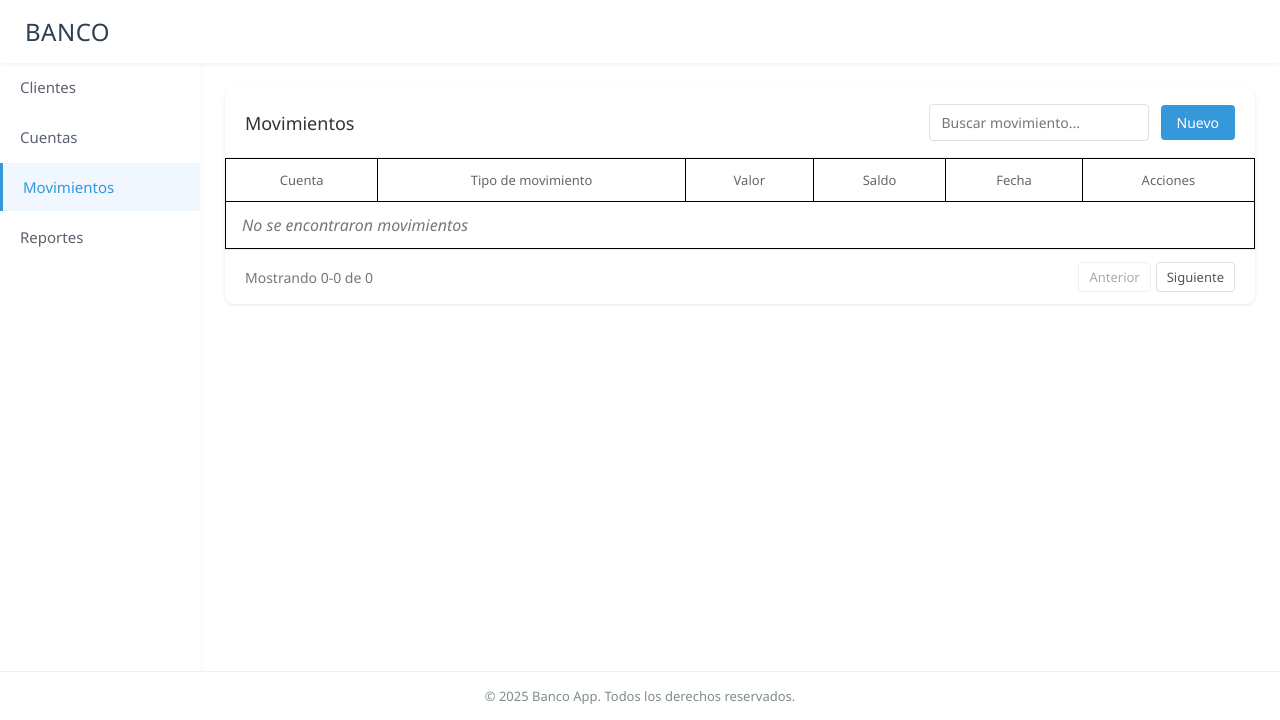
Repository: nder1996/Bank-Devsu
Page: /movimientos (app in Frontend/banco-devsu/)
The author's editor kept a copy of each file at every save. The page is drawn from the files as they stood at one save, then again after the next save.
The browser window is 1280 px wide. The pictures show the whole page.
The page's requests for data from a server got no answer. The project was rebuilt for these pictures with package versions that can differ from the ones it lists, and the page was loaded fresh each time. No one was signed in, and anything a server would have sent is missing. Also part of the build but not shown: Frontend/banco-devsu/angular.json, Frontend/banco-devsu/src/app/presentation/pages/clientes/clientes.component.ts, Frontend/banco-devsu/src/app/core/services/cliente.service.ts, Frontend/banco-devsu/src/app/presentation/pages/cuentas/cuentas.component.ts, Frontend/banco-devsu/src/app/core/services/cuenta.service.ts, Frontend/banco-devsu/src/app/presentation/pages/reportes/reportes.component.ts.

Above is the page before, as saved 2025-08-22 14:04:07.

### Frontend/banco-devsu/src/index.html
<!doctype html>
<html lang="en">
<head>
  <meta charset="utf-8">
  <title>BancoDevsu</title>
  <base href="/">
  <meta name="viewport" content="width=device-width, initial-scale=1">
  <link rel="icon" type="image/x-icon" href="favicon.ico">
</head>
<body>
  <app-root></app-root>
</body>
</html>

### Frontend/banco-devsu/src/styles.css
/* You can add global styles to this file, and also import other style files */
* {
  box-sizing: border-box;
  font-family: 'Segoe UI', Roboto, 'Helvetica Neue', Arial, sans-serif;
  margin: 0;
  padding: 0;
}

html, body {
  height: 100%;
  overflow: hidden; /* Evita el scroll en el body */
}

.app-container {
  display: flex;
  flex-direction: column;
  height: 100vh;
  overflow: hidden;
}

.main-content {
  display: flex;
  flex: 1;
  height: calc(100vh - 115px); /* Altura total - (header + footer) */
  overflow: hidden;
}

.content {
  flex: 1;
  overflow-y: auto; /* Solo scroll en el área de contenido */
  padding: 25px;
}


.data-table{
  border:1px solid red !important
}


.data-table th{
text-align: center !important;
}

.data-table th, .data-table td {
  border: 1px solid black !important;
  text-align: center; /* Centra el texto horizontalmente */
  vertical-align: middle; /* Centra el texto verticalmente */
  padding: 10px; /* Espaciado interno para mejor apariencia */
  line-height: normal; /* Asegura que el texto se alinee correctamente */
}

### Frontend/banco-devsu/src/app/app.module.ts
import { NgModule } from '@angular/core';
import { BrowserModule } from '@angular/platform-browser';

import { AppRoutingModule } from './app-routing.module';
import { AppComponent } from './app.component';
import { HeaderComponent } from './presentation/layout/header/header.component';
import { SidebarComponent } from './presentation/layout/sidebar/sidebar.component';
import { ClientesComponent } from './presentation/pages/clientes/clientes.component';
import { CuentasComponent } from './presentation/pages/cuentas/cuentas.component';
import { MovimientosComponent } from './presentation/pages/movimientos/movimientos.component';
import { ReportesComponent } from './presentation/pages/reportes/reportes.component';
import { FooterComponent } from './presentation/layout/footer/footer.component';
import { FormsModule } from '@angular/forms';
import { HttpClientModule } from '@angular/common/http';

@NgModule({
  declarations: [
    AppComponent,
    HeaderComponent,
    SidebarComponent,
    ClientesComponent,
    CuentasComponent,
    MovimientosComponent,
    ReportesComponent,
    FooterComponent
  ],
  imports: [
    BrowserModule,
    AppRoutingModule,
    FormsModule,
    HttpClientModule

  ],
  providers: [],
  bootstrap: [AppComponent]
})
export class AppModule { }

### Frontend/banco-devsu/src/app/app-routing.module.ts
import { NgModule } from '@angular/core';
import { RouterModule, Routes } from '@angular/router';
import { ClientesComponent } from './presentation/pages/clientes/clientes.component';
import { CuentasComponent } from './presentation/pages/cuentas/cuentas.component';
import { MovimientosComponent } from './presentation/pages/movimientos/movimientos.component';
import { ReportesComponent } from './presentation/pages/reportes/reportes.component';

const routes: Routes = [
  { path: '', redirectTo: '/clientes', pathMatch: 'full' },
  { path: 'clientes', component: ClientesComponent },
  //{ path: 'clientes/nuevo', component: ClienteFormComponent },
  //{ path: 'clientes/editar/:id', component: ClienteFormComponent },
  { path: 'cuentas', component: CuentasComponent },
  //{ path: 'cuentas/nuevo', component: CuentaFormComponent },
  //{ path: 'cuentas/editar/:id', component: CuentaFormComponent },
  { path: 'movimientos', component: MovimientosComponent },
  //{ path: 'movimientos/nuevo', component: MovimientoFormComponent },
  { path: 'reportes', component: ReportesComponent }
];

@NgModule({
  imports: [RouterModule.forRoot(routes)],
  exports: [RouterModule]
})
export class AppRoutingModule { }

### Frontend/banco-devsu/src/app/app.component.ts
import { Component } from '@angular/core';

@Component({
  selector: 'app-root',
  templateUrl: './app.component.html',
  styleUrls: ['./app.component.css']
})
export class AppComponent {
  title = 'banco-devsu';
}

### Frontend/banco-devsu/src/app/presentation/pages/movimientos/movimientos.component.ts
import { Component, OnInit } from '@angular/core';
import { MovimientoService } from 'src/app/core/services/movimiento.service';
import { Movimiento } from 'src/app/core/models/Movimiento';
import { TipoMovimiento } from '../../../core/enums/tipo-movimiento.enum';
import { MovimientoDTO } from 'src/app/core/dtos/movimiento.dto';

@Component({
  selector: 'app-movimientos',
  templateUrl: './movimientos.component.html',
  styleUrls: ['./movimientos.component.css']
})
export class MovimientosComponent implements OnInit {
  // Datos quemados
  items = [
    { fecha: '10/08/2025', cuenta: '478758', tipo: 'Crédito', valor: 2000, saldo: 4500 },
    { fecha: '08/08/2025', cuenta: '225487', tipo: 'Débito', valor: -575, saldo: 2500 },
    { fecha: '05/08/2025', cuenta: '495878', tipo: 'Crédito', valor: 600, saldo: 700 },
    { fecha: '01/08/2025', cuenta: '496825', tipo: 'Débito', valor: -150, saldo: 0 },
    { fecha: '30/07/2025', cuenta: '478758', tipo: 'Crédito', valor: 1500, saldo: 3000 },
    { fecha: '28/07/2025', cuenta: '225487', tipo: 'Débito', valor: -800, saldo: 3075 },
    { fecha: '26/07/2025', cuenta: '495878', tipo: 'Crédito', valor: 100, saldo: 100 },
    { fecha: '20/07/2025', cuenta: '496825', tipo: 'Débito', valor: -250, saldo: 150 },
    { fecha: '15/07/2025', cuenta: '478758', tipo: 'Crédito', valor: 1000, saldo: 1500 },
    { fecha: '10/07/2025', cuenta: '225487', tipo: 'Débito', valor: -125, saldo: 3875 },
    { fecha: '05/07/2025', cuenta: '495878', tipo: 'Crédito', valor: 900, saldo: 1000 },
    { fecha: '01/07/2025', cuenta: '496825', tipo: 'Débito', valor: -300, saldo: 400 }
  ];

  movimientos: MovimientoDTO[] = [];

  // Variables de búsqueda y filtrado
  searchTerm: string = '';
  filteredItems: any[] = [];

  // Variables de paginación
  paginatedItems: any[] = [];
  currentPage = 1;
  pageSize = 5;
  totalPages = 0;
  pages: number[] = [];
  startIndex = 0;
  endIndex = 0;

  constructor(private movimientoService: MovimientoService) { }

  ngOnInit() {
    this.cargarMovimientos();
  }

  cargarMovimientos(): void {
    this.movimientoService.getMovimientos().subscribe(
      (response: any) => {
        if (response.success) {
          this.movimientos = response.data; // Asigna directamente los datos sin mapear
          console.log("json movimientos :", JSON.stringify(this.movimientos));
          this.filteredItems = [...this.movimientos];
          this.updatePagination();
          this.updatePage();
        } else {
          console.error('Errores en la respuesta:', response.errors);
        }
      },
      (error) => {
        console.error('Error al cargar movimientos:', error);
      }
    );
  }

  // Filtrar elementos según término de búsqueda
  filterItems() {
    if (!this.searchTerm.trim()) {
      this.filteredItems = [...this.items];
    } else {
      const term = this.searchTerm.toLowerCase();
      this.filteredItems = this.items.filter(item =>
        item.cuenta.toLowerCase().includes(term) ||
        item.tipo.toLowerCase().includes(term) ||
        item.fecha.includes(term) ||
        item.valor.toString().includes(term) ||
        item.saldo.toString().includes(term)
      );
    }

    this.currentPage = 1; // Volver a primera página
    this.updatePagination();
    this.updatePage();
  }

  // Actualizar información de paginación
  updatePagination() {
    this.totalPages = Math.ceil(this.filteredItems.length / this.pageSize);
    this.generatePages();
  }

  // Generar array de números de página
  generatePages() {
    this.pages = [];
    for (let i = 1; i <= this.totalPages; i++) {
      this.pages.push(i);
    }
  }

  // Cambiar a la página seleccionada
  changePage(page: number) {
    if (page >= 1 && page <= this.totalPages) {
      this.currentPage = page;
      this.updatePage();
    }
  }

  // Actualizar elementos mostrados
  updatePage() {
    this.startIndex = (this.currentPage - 1) * this.pageSize;
    this.endIndex = Math.min(this.startIndex + this.pageSize, this.filteredItems.length);
    this.paginatedItems = this.filteredItems.slice(this.startIndex, this.endIndex);
  }
}

### Frontend/banco-devsu/src/app/app.component.html
<div class="app-container">
  <app-header></app-header>
  <div class="main-content">
    <app-sidebar></app-sidebar>
    <main class="content">
      <router-outlet></router-outlet>
    </main>
  </div>
  <app-footer></app-footer>
</div>

### Frontend/banco-devsu/src/app/presentation/layout/header/header.component.html
<header class="header">
  <h1 class="header-title">BANCO</h1>
</header>

### Frontend/banco-devsu/src/app/presentation/layout/header/header.component.css
.header {
  background-color: white;
  box-shadow: 0 2px 4px rgba(0, 0, 0, 0.05);
  padding: 15px 25px;
  position: sticky;
  top: 0;
  z-index: 100;
}

.header-title {
  color: #2c3e50;
  font-size: 24px;
  font-weight: 500;
  letter-spacing: 0.5px;
  margin: 0;
}

### Frontend/banco-devsu/src/app/presentation/layout/sidebar/sidebar.component.html
<nav class="sidebar">
  <ul class="sidebar-menu">
    <li class="sidebar-item" [routerLinkActive]="'active'">
      <a [routerLink]="['/clientes']">Clientes</a>
    </li>
    <li class="sidebar-item" [routerLinkActive]="'active'">
      <a [routerLink]="['/cuentas']">Cuentas</a>
    </li>
    <li class="sidebar-item" [routerLinkActive]="'active'">
      <a [routerLink]="['/movimientos']">Movimientos</a>
    </li>
    <li class="sidebar-item" [routerLinkActive]="'active'">
      <a [routerLink]="['/reportes']">Reportes</a>
    </li>
  </ul>
</nav>

### Frontend/banco-devsu/src/app/presentation/layout/sidebar/sidebar.component.css
.sidebar {
  background-color: white;
  box-shadow: 2px 0 5px rgba(0, 0, 0, 0.03);
  height: calc(100vh - 60px);
  width: 200px;
}

.sidebar-menu {
  list-style: none;
  margin: 0;
  padding: 0;
}

.sidebar-item {
  margin-bottom: 2px;
}

.sidebar-item a {
  color: #5a6270;
  display: block;
  font-size: 15px;
  padding: 14px 20px;
  text-decoration: none;
  transition: all 0.2s ease;
}

.sidebar-item a:hover {
  background-color: #f8f9fa;
  color: #3498db;
  padding-left: 24px;
}

.sidebar-item.active a {
  background-color: #f0f7ff;
  border-left: 3px solid #3498db;
  color: #3498db;
  font-weight: 500;
}

### Frontend/banco-devsu/src/app/presentation/pages/movimientos/movimientos.component.html
<div class="table-section">
  <!-- Cabecera con filtro -->
  <div class="table-header">
    <h2>Movimientos</h2>
    <div class="table-actions">
      <input
        type="text"
        class="search-input"
        placeholder="Buscar movimiento..."
        [(ngModel)]="searchTerm"
        (input)="filterItems()">
      <button class="btn-add">Nuevo</button>
    </div>
  </div>

  <!-- Tabla -->
  <table class="data-table">
    <thead>
      <tr>
        <th>Cuenta</th>
         <th>Tipo de movimiento</th>
        <th>Valor</th>
        <th>Saldo</th>
        <th>Fecha</th>
        <th>Acciones</th>
      </tr>
    </thead>
    <tbody>
      <tr *ngFor="let item of paginatedItems">
        <td>{{item.cuentaId}}</td>
        <td [ngClass]="item.tipoMovimiento == 1 ? 'tipo-credito' : 'tipo-debito'">
          {{item.tipoMovimiento == 1 ? 'Crédito' : 'Débito'}}
        </td>
        <td [ngClass]="item.valor > 0 ? 'valor-positivo' : 'valor-negativo'">
          {{item.valor | currency}}
        </td>
        <td>{{item.saldo | currency}}</td>
        <td>{{item.fecha}}</td>
        <td class="actions">
          <button class="btn-edit">Editar</button>
          <button class="btn-delete">Eliminar</button>
        </td>
      </tr>
      <tr *ngIf="paginatedItems.length === 0">
        <td colspan="6" class="no-data">No se encontraron movimientos</td>
      </tr>
    </tbody>
  </table>

  <!-- Paginación simple -->
  <div class="pagination">
    <span class="page-info">
      Mostrando {{filteredItems.length ? startIndex + 1 : 0}}-{{endIndex}} de {{filteredItems.length}}
    </span>
    <div class="page-controls">
      <button class="page-btn" [disabled]="currentPage === 1" (click)="changePage(currentPage - 1)">
        Anterior
      </button>

      <button
        *ngFor="let page of pages"
        class="page-btn"
        [class.active]="page === currentPage"
        (click)="changePage(page)">
        {{page}}
      </button>

      <button class="page-btn" [disabled]="currentPage === totalPages" (click)="changePage(currentPage + 1)">
        Siguiente
      </button>
    </div>
  </div>
</div>

### Frontend/banco-devsu/src/app/presentation/pages/movimientos/movimientos.component.css
/* Contenedor principal */
.table-section {
  background-color: white;
  border-radius: 8px;
  box-shadow: 0 1px 3px rgba(0, 0, 0, 0.1);
  font-family: -apple-system, BlinkMacSystemFont, 'Segoe UI', Roboto, sans-serif;
}

/* Cabecera */
.table-header {
  display: flex;
  justify-content: space-between;
  align-items: center;
  padding: 16px 20px;
  border-bottom: 1px solid #f0f0f0;
}

.table-header h2 {
  color: #333;
  font-size: 18px;
  font-weight: 500;
  margin: 0;
}

.table-actions {
  display: flex;
  gap: 12px;
  align-items: center;
}

.search-input {
  border: 1px solid #e0e0e0;
  border-radius: 4px;
  color: #333;
  font-size: 14px;
  padding: 8px 12px;
  width: 220px;
  transition: border-color 0.2s;
}

.search-input:focus {
  border-color: #3498db;
  outline: none;
}

.btn-add {
  background-color: #3498db;
  border: none;
  border-radius: 4px;
  color: white;
  cursor: pointer;
  font-size: 14px;
  padding: 8px 16px;
}

.btn-add:hover {
  background-color: #2980b9;
}

/* Tabla */
.data-table {
  width: 100%;
  border-collapse: collapse;
}

.data-table th,
.data-table td {
  border-bottom: 1px solid #f0f0f0;
  padding: 12px 16px;
  text-align: left;
}

.data-table th {
  color: #666;
  font-size: 13px;
  font-weight: 500;
}

.tipo-credito { color: #27ae60; }
.tipo-debito { color: #e74c3c; }
.valor-positivo { color: #27ae60; font-weight: 500; }
.valor-negativo { color: #e74c3c; font-weight: 500; }

.no-data {
  color: #777;
  font-style: italic;
  padding: 20px;
  text-align: center;
}

.actions {
  display: flex;
  gap: 8px;
}

.btn-edit, .btn-delete {
  background-color: transparent;
  border: 1px solid #e0e0e0;
  border-radius: 4px;
  color: #555;
  cursor: pointer;
  font-size: 13px;
  padding: 5px 10px;
}

.btn-edit:hover { background-color: #f0f7ff; color: #3498db; }
.btn-delete:hover { background-color: #fff5f5; color: #e74c3c; }

/* Paginación */
.pagination {
  display: flex;
  justify-content: space-between;
  align-items: center;
  padding: 12px 20px;
  border-top: 1px solid #f0f0f0;
}

.page-info {
  color: #777;
  font-size: 14px;
}

.page-controls {
  display: flex;
  gap: 5px;
}

.page-btn {
  background-color: transparent;
  border: 1px solid #e0e0e0;
  border-radius: 4px;
  color: #555;
  cursor: pointer;
  font-size: 13px;
  padding: 5px 10px;
}

.page-btn:hover:not(:disabled) {
  background-color: #f8f8f8;
}

.page-btn.active {
  background-color: #3498db;
  border-color: #3498db;
  color: white;
}

.page-btn:disabled {
  opacity: 0.5;
  cursor: not-allowed;
}

### Frontend/banco-devsu/src/app/core/services/movimiento.service.ts
import { Injectable } from '@angular/core';
import { HttpClient } from '@angular/common/http';
import { Observable } from 'rxjs';
import { environment } from 'src/environments/environment';
import { Movimiento } from '../models/Movimiento';
import { MovimientoDTO } from '../dtos/movimiento.dto';
import { IMovimientoService } from './interfaces/movimiento-service.interface';

@Injectable({
  providedIn: 'root',
})
export class MovimientoService implements IMovimientoService {
  private apiUrl = `${environment.apiUrl}/Movimientos`;

  constructor(private http: HttpClient) {}

  // Obtener todos los movimientos
  getMovimientos(): Observable<MovimientoDTO[]> {
    return this.http.get<MovimientoDTO[]>(this.apiUrl);
  }

  // Obtener un movimiento por ID
  getMovimientoById(id: number): Observable<Movimiento> {
    return this.http.get<Movimiento>(`${this.apiUrl}/${id}`);
  }

  // Crear un nuevo movimiento
  createMovimiento(movimientoDto: MovimientoDTO): Observable<Movimiento> {
    return this.http.post<Movimiento>(this.apiUrl, movimientoDto);
  }

  // Actualizar un movimiento existente
  updateMovimiento(id: number, movimientoDto: MovimientoDTO): Observable<Movimiento> {
    return this.http.put<Movimiento>(`${this.apiUrl}/${id}`, movimientoDto);
  }

  // Eliminar un movimiento
  deleteMovimiento(id: number): Observable<void> {
    return this.http.delete<void>(`${this.apiUrl}/${id}`);
  }
}

### Frontend/banco-devsu/src/app/presentation/layout/footer/footer.component.html
<footer class="footer">
  <div class="footer-content">
    <p>&copy; 2025 Banco App. Todos los derechos reservados.</p>
  </div>
</footer>

### Frontend/banco-devsu/src/app/presentation/layout/footer/footer.component.css
.footer {
  background-color: white;
  border-top: 1px solid #f0f0f0;
  color: #7f8c8d;
  font-size: 13px;
  padding: 15px 25px;
  text-align: center;
}

.footer-content p {
  margin: 0;
}

### Frontend/banco-devsu/src/environments/environment.ts
export const environment = {
  production: false,
  apiUrl: 'https://localhost:7221/api',
};

Loaded but not shown: Frontend/banco-devsu/src/main.ts (common file); Frontend/banco-devsu/src/app/presentation/layout/header/header.component.ts (common file); Frontend/banco-devsu/src/app/presentation/layout/sidebar/sidebar.component.ts (common file); Frontend/banco-devsu/src/app/presentation/layout/footer/footer.component.ts (common file); Frontend/banco-devsu/src/app/app.component.css (no stored copy; drawn as an empty file)

After the next save:
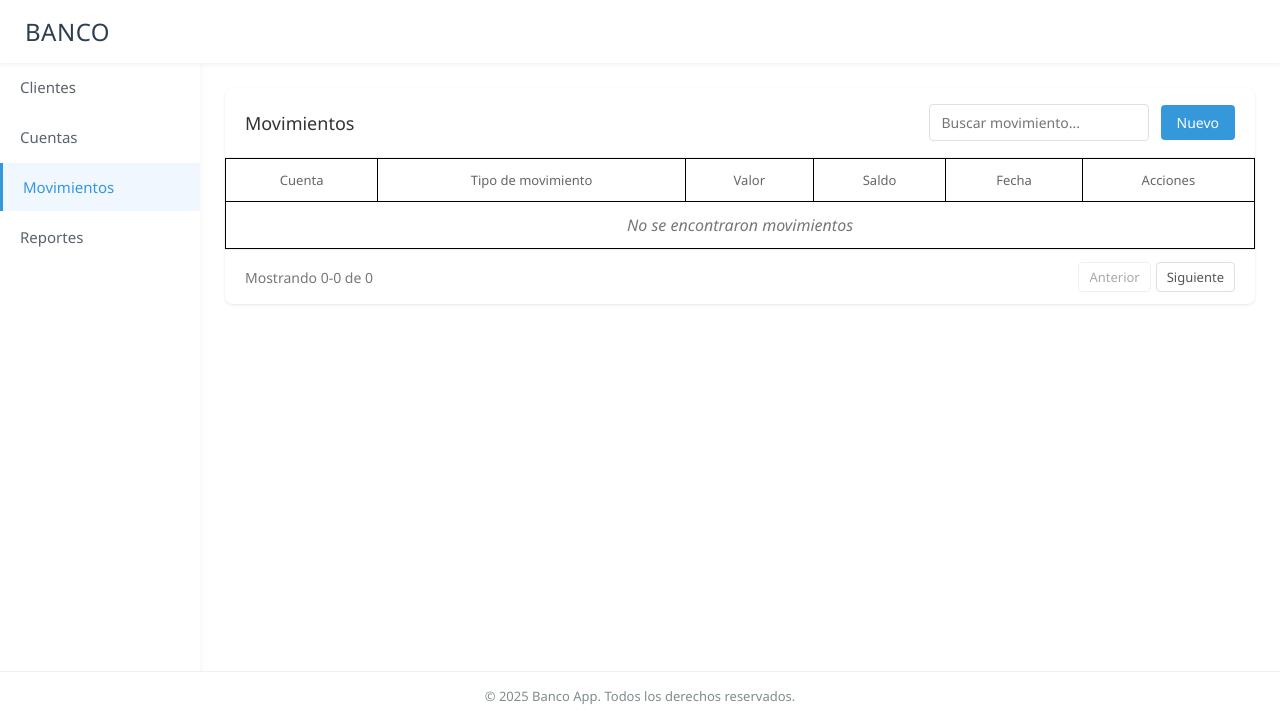
Saved 14 s later.
--- a/Frontend/banco-devsu/src/styles.css
+++ b/Frontend/banco-devsu/src/styles.css
@@ -37,7 +37,7 @@ html, body {
 }
 
 
-.data-table th{
+.data-table th, .data-table td{
 text-align: center !important;
 }
 
